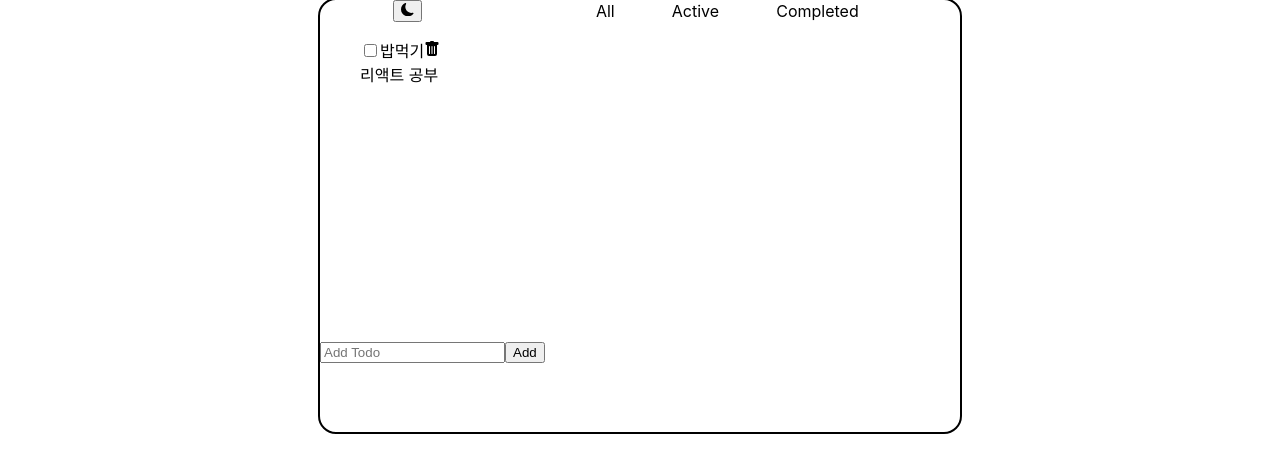
Repository: DongjaJ/React-Todo
Page: / (app in react-todo/)
These files come from the project's save history. The page is drawn as it stood at one moment and after the next save; the edit follows.
The browser window is 1280 px wide. The pictures show the whole page.
The project was rebuilt for these pictures with package versions that can differ from the ones it lists, and the page was loaded fresh each time.

Above is the page before, as saved 2023-05-15 14:05:08.

### react-todo/public/index.html
<!DOCTYPE html>
<html lang="en">
	<head>
		<meta charset="utf-8" />
		<link rel="icon" href="%PUBLIC_URL%/favicon.ico" />
		<meta name="viewport" content="width=device-width, initial-scale=1" />
		<meta name="theme-color" content="#000000" />
		<meta
			name="description"
			content="Web site created using create-react-app" />
		<link rel="apple-touch-icon" href="%PUBLIC_URL%/logo192.png" />
		<!--
      manifest.json provides metadata used when your web app is installed on a
      user's mobile device or desktop. See https://developers.google.com/web/fundamentals/web-app-manifest/
    -->
		<link rel="manifest" href="%PUBLIC_URL%/manifest.json" />
		<!--
      Notice the use of %PUBLIC_URL% in the tags above.
      It will be replaced with the URL of the `public` folder during the build.
      Only files inside the `public` folder can be referenced from the HTML.

      Unlike "/favicon.ico" or "favicon.ico", "%PUBLIC_URL%/favicon.ico" will
      work correctly both with client-side routing and a non-root public URL.
      Learn how to configure a non-root public URL by running `npm run build`.
    -->
		<title>📘 Todo</title>
	</head>
	<body>
		<noscript>You need to enable JavaScript to run this app.</noscript>
		<div id="root"></div>
		<!--
      This HTML file is a template.
      If you open it directly in the browser, you will see an empty page.

      You can add webfonts, meta tags, or analytics to this file.
      The build step will place the bundled scripts into the <body> tag.

      To begin the development, run `npm start` or `yarn start`.
      To create a production bundle, use `npm run build` or `yarn build`.
    --></body>
</html>

### react-todo/src/App.js
import './App.css';
import Footer from './components/Footer';
import Header from './components/Header';
import Todos from './components/Todos';

function App() {
	return (
		<div className="App">
			<Header></Header>
			<Todos></Todos>
			<Footer></Footer>
		</div>
	);
}

export default App;

### react-todo/src/App.css
body {
	display: flex;
	flex-direction: column;
	justify-content: center;
	align-items: center;
}

.App {
	outline: 2px solid black;
	width: 50vw;
	height: 60vh;
	border-radius: 16px;
}

li {
	list-style: none;
}

### react-todo/src/components/Footer.jsx
import React from 'react';

export default function Footer() {
	return (
		<div>
			<input placeholder="Add Todo"></input>
			<button>Add</button>
		</div>
	);
}

### react-todo/src/components/Header.jsx
import React from 'react';
import { BsFillSunFill, BsFillMoonFill } from 'react-icons/bs';
import stlyes from '../styles/Header.module.css';

export default function Header() {
	return (
		<div className={stlyes.header}>
			<button>
				<BsFillMoonFill />
			</button>
			<div className={stlyes['category-section']}>
				<section>All</section>
				<section>Active</section>
				<section>Completed</section>
			</div>
		</div>
	);
}

### react-todo/src/components/Todos.jsx
import React from 'react';
import styles from '../styles/Todos.module.css';
import { BsFillTrashFill } from 'react-icons/bs';

export default function Todos() {
	return (
		<div className={styles.todos}>
			<ul>
				<li>
					<input type="checkbox" />
					밥먹기
					<BsFillTrashFill />
				</li>
				<li>리액트 공부</li>
			</ul>
		</div>
	);
}

### react-todo/src/styles/Header.module.css
.header {
	display: flex;
	justify-content: space-around;
	align-items: center;
}

.category-section {
	display: flex;
	justify-content: space-around;
	align-items: center;
	width: 50%;
}

### react-todo/src/styles/Todos.module.css
.todos {
	width: 100%;
	height: 70%;
}

Loaded but not shown: react-todo/src/index.js (common file); react-todo/src/index.css (common file); react-todo/src/reportWebVitals.js (common file)

After the next save:
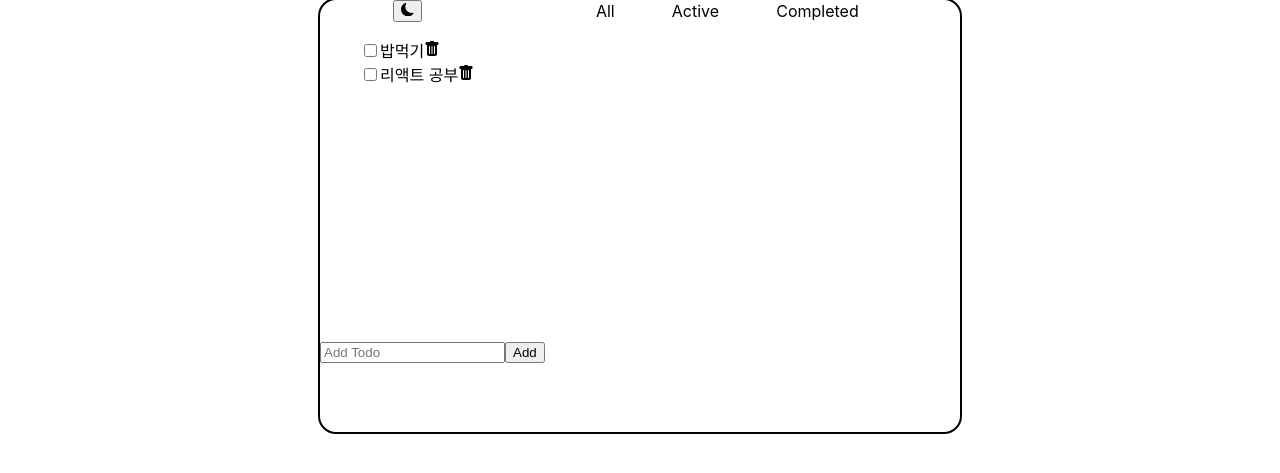
Saved 24 s later.
--- a/react-todo/src/components/Todos.jsx
+++ b/react-todo/src/components/Todos.jsx
@@ -11,7 +11,11 @@ export default function Todos() {
 					밥먹기
 					<BsFillTrashFill />
 				</li>
-				<li>리액트 공부</li>
+				<li>
+					<input type="checkbox" />
+					리액트 공부
+					<BsFillTrashFill />
+				</li>
 			</ul>
 		</div>
 	);
